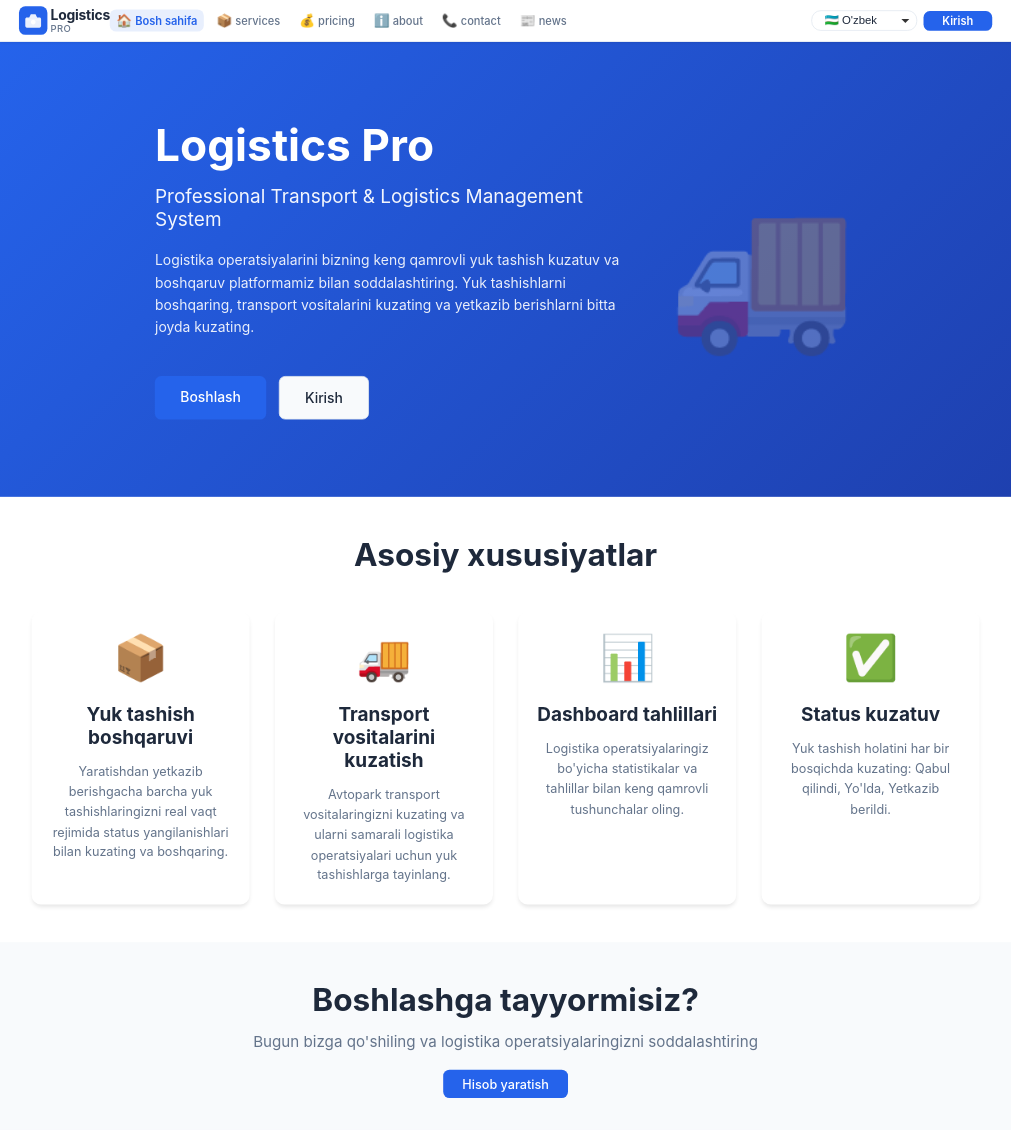
Repository: diyorbe-beep/logistik
Page: /
An editor plug-in stored every save of this project. The page is shown before and after the next save, followed by the edit.
The browser window is 1280 px wide. The pictures show the whole page, at 79% of full size.
The page's requests for data from a server got no answer. The project was rebuilt for these pictures with package versions that can differ from the ones it lists, and the page was loaded fresh each time. No one was signed in, and anything a server would have sent is missing. Also part of the build but not shown: vite.config.js, src/index.css, src/components/Login/Login.scss, src/components/Login/Login.jsx, src/components/Register/Register.scss, src/components/Register/Register.jsx, src/components/Dashboard/Dashboard.scss, src/components/Dashboard/Dashboard.jsx and 10 more.

Above is the page before, as saved 2025-12-27 10:50:48.

### index.html
<!doctype html>
<html lang="en">
  <head>
    <meta charset="UTF-8" />
    <link rel="icon" type="image/svg+xml" href="/vite.svg" />
    <meta name="viewport" content="width=device-width, initial-scale=1.0" />
    <title>logistik</title>
  </head>
  <body>
    <div id="root"></div>
    <script type="module" src="/src/main.jsx"></script>
  </body>
</html>

### src/main.jsx
import { StrictMode } from 'react'
import { createRoot } from 'react-dom/client'
import './index.css'
import App from './App.jsx'
import { LanguageProvider } from './contexts/LanguageContext'
import { UserProvider } from './contexts/UserContext'

createRoot(document.getElementById('root')).render(
  <StrictMode>
    <LanguageProvider>
      <UserProvider>
        <App />
      </UserProvider>
    </LanguageProvider>
  </StrictMode>,
)

### src/contexts/LanguageContext.jsx
import { createContext, useContext, useState, useEffect } from 'react';

const LanguageContext = createContext();

export const useLanguage = () => {
  const context = useContext(LanguageContext);
  if (!context) {
    throw new Error('useLanguage must be used within LanguageProvider');
  }
  return context;
};

export const LanguageProvider = ({ children }) => {
  const [language, setLanguage] = useState(() => {
    const saved = localStorage.getItem('language');
    return saved || 'uz';
  });

  useEffect(() => {
    localStorage.setItem('language', language);
  }, [language]);

  const changeLanguage = (lang) => {
    setLanguage(lang);
  };

  return (
    <LanguageContext.Provider value={{ language, changeLanguage }}>
      {children}
    </LanguageContext.Provider>
  );
};

### src/contexts/UserContext.jsx
import { createContext, useContext, useState, useEffect } from 'react';
import { API_URL } from '../config/api';

const UserContext = createContext();

export const useUser = () => {
  const context = useContext(UserContext);
  if (!context) {
    throw new Error('useUser must be used within UserProvider');
  }
  return context;
};

export const UserProvider = ({ children }) => {
  const [user, setUser] = useState(null);
  const [loading, setLoading] = useState(true);

  useEffect(() => {
    const token = localStorage.getItem('token');
    if (token) {
      fetchUserProfile();
    } else {
      setLoading(false);
    }
  }, []);

  const fetchUserProfile = async () => {
    try {
      const token = localStorage.getItem('token');
      const response = await fetch(`${API_URL}/api/profile`, {
        headers: {
          'Authorization': `Bearer ${token}`,
        },
      });

      if (response.ok) {
        const data = await response.json();
        setUser(data);
      }
    } catch (err) {
      console.error('Error fetching user profile:', err);
    } finally {
      setLoading(false);
    }
  };

  const updateUser = (userData) => {
    setUser(userData);
  };

  const logout = () => {
    localStorage.removeItem('token');
    setUser(null);
  };

  return (
    <UserContext.Provider value={{ user, loading, updateUser, logout, refetchUser: fetchUserProfile }}>
      {children}
    </UserContext.Provider>
  );
};

### src/components/Navbar/Navbar.jsx
import { Link, useLocation } from 'react-router-dom';
import { useState, useEffect } from 'react';
import { useTranslation } from '../../hooks/useTranslation';
import LanguageSwitcher from '../LanguageSwitcher/LanguageSwitcher';
import './Navbar.scss';

const Navbar = () => {
  const location = useLocation();
  const [isAuthenticated, setIsAuthenticated] = useState(false);
  const [menuOpen, setMenuOpen] = useState(false);
  const { t } = useTranslation();

  useEffect(() => {
    const token = localStorage.getItem('token');
    setIsAuthenticated(!!token);
  }, [location]);

  useEffect(() => {
    if (menuOpen) {
      document.body.style.overflow = 'hidden';
    } else {
      document.body.style.overflow = '';
    }
    return () => {
      document.body.style.overflow = '';
    };
  }, [menuOpen]);

  const toggleMenu = () => {
    setMenuOpen(!menuOpen);
  };

  const closeMenu = () => {
    setMenuOpen(false);
  };

  // Protected routes where navbar should be hidden
  const protectedRoutes = ['/dashboard', '/shipments', '/users', '/vehicles'];
  const isProtectedRoute = protectedRoutes.some(route =>
    location.pathname === route || location.pathname.startsWith(route + '/')
  );

  // Hide navbar only on protected routes when authenticated
  if (isAuthenticated && isProtectedRoute) {
    return null; // Don't show navbar when authenticated on protected routes (Layout has sidebar)
  }

  return (
    <>
      {menuOpen && <div className="navbar-overlay" onClick={closeMenu}></div>}
      <nav className="navbar">
        <div className="navbar-container">
          <Link to="/" className="navbar-logo" onClick={closeMenu}>
            <div className="logo-icon-wrapper">
              <svg className="logo-icon" viewBox="0 0 24 24" fill="none" xmlns="http://www.w3.org/2000/svg">
                <path d="M20 8H17L15 4H9L7 8H4C2.9 8 2 8.9 2 10V19C2 20.1 2.9 21 4 21H20C21.1 21 22 20.1 22 19V10C22 8.9 21.1 8 20 8Z" fill="currentColor" opacity="0.9"/>
                <path d="M12 17C13.6569 17 15 15.6569 15 14C15 12.3431 13.6569 11 12 11C10.3431 11 9 12.3431 9 14C9 15.6569 10.3431 17 12 17Z" fill="white"/>
                <rect x="3" y="10" width="18" height="2" fill="currentColor" opacity="0.3"/>
              </svg>
            </div>
            <div className="logo-text">
              <span className="logo-line1">Logistics</span>
              <span className="logo-line2">Pro</span>
            </div>
          </Link>
          <button className="navbar-toggle" onClick={toggleMenu} aria-label="Toggle menu">
            <span className={`hamburger ${menuOpen ? 'open' : ''}`}>
              <span></span>
              <span></span>
              <span></span>
            </span>
          </button>
          <div className={`navbar-menu ${menuOpen ? 'open' : ''}`}>
            <div className="navbar-links">
              <Link to="/" className={location.pathname === '/' ? 'active' : ''} onClick={closeMenu}>
                <span className="nav-icon">🏠</span>
                <span className="nav-text">{t('home')}</span>
              </Link>
              <Link to="/services" className={location.pathname === '/services' ? 'active' : ''} onClick={closeMenu}>
                <span className="nav-icon">📦</span>
                <span className="nav-text">{t('services')}</span>
              </Link>
              <Link to="/pricing" className={location.pathname === '/pricing' ? 'active' : ''} onClick={closeMenu}>
                <span className="nav-icon">💰</span>
                <span className="nav-text">{t('pricing')}</span>
              </Link>
              <Link to="/about" className={location.pathname === '/about' ? 'active' : ''} onClick={closeMenu}>
                <span className="nav-icon">ℹ️</span>
                <span className="nav-text">{t('about')}</span>
              </Link>
              <Link to="/contact" className={location.pathname === '/contact' ? 'active' : ''} onClick={closeMenu}>
                <span className="nav-icon">📞</span>
                <span className="nav-text">{t('contact')}</span>
              </Link>
              <Link to="/news" className={location.pathname === '/news' ? 'active' : ''} onClick={closeMenu}>
                <span className="nav-icon">📰</span>
                <span className="nav-text">{t('news')}</span>
              </Link>
            </div>
            <div className="navbar-actions">
              <LanguageSwitcher />
              {!isAuthenticated && (
                <Link to="/login" className={`btn-primary ${location.pathname === '/login' ? 'active' : ''}`} onClick={closeMenu}>
                  {t('login')}
                </Link>
              )}
              {isAuthenticated && (
                <>
                  <Link to="/dashboard" className="btn-primary" onClick={closeMenu}>
                    {t('dashboard')}
                  </Link>
                  <Link to="/profile" className={location.pathname === '/profile' ? 'active' : ''} onClick={closeMenu}>
                    {t('profile')}
                  </Link>
                </>
              )}
            </div>
          </div>
        </div>
      </nav>
    </>
  );
};

export default Navbar;

### src/components/Home/Home.jsx
import { Link } from 'react-router-dom';
import { useTranslation } from '../../hooks/useTranslation';
import './Home.scss';

const Home = () => {
  const { t } = useTranslation();

  return (
    <div className="home">
      <div className="hero-section">
        <div className="hero-content">
          <h1>{t('heroTitle')}</h1>
          <p className="hero-subtitle">{t('heroSubtitle')}</p>
          <p className="hero-description">
            {t('heroDescription')}
          </p>
          <div className="hero-buttons">
            <Link to="/register" className="btn-primary btn-large button">
              {t('getStarted')}
            </Link>
            <Link to="/login" className="btn-secondary btn-large">
              {t('login')}
            </Link>
          </div>
        </div>
        <div className="hero-image">
          <div className="hero-icon">🚚</div>
        </div>
      </div>

      <div className="features-section">
        <div className="container">
          <h2>{t('keyFeatures')}</h2>
          <div className="features-grid">
            <div className="feature-card">
              <div className="feature-icon">📦</div>
              <h3>{t('shipmentManagement')}</h3>
              <p>{t('shipmentManagementDesc')}</p>
            </div>
            <div className="feature-card">
              <div className="feature-icon">🚚</div>
              <h3>{t('vehicleTracking')}</h3>
              <p>{t('vehicleTrackingDesc')}</p>
            </div>
            <div className="feature-card">
              <div className="feature-icon">📊</div>
              <h3>{t('dashboardAnalytics')}</h3>
              <p>{t('dashboardAnalyticsDesc')}</p>
            </div>
            <div className="feature-card">
              <div className="feature-icon">✅</div>
              <h3>{t('statusTracking')}</h3>
              <p>{t('statusTrackingDesc')}</p>
            </div>
          </div>
        </div>
      </div>

      <div className="cta-section">
        <div className="container">
          <h2>{t('readyToStart')}</h2>
          <p>{t('joinToday')}</p>
          <Link to="/register" className="btn-primary btn-large">
            {t('createAccount')}
          </Link>
        </div>
      </div>
    </div>
  );
};

export default Home;

### src/App.scss
@import './styles/variables';
@import './styles/mixins';
@import './styles/base';

.loading {
  display: flex;
  justify-content: center;
  align-items: center;
  height: 100vh;
  font-size: 1.2rem;
  color: $text-secondary;
}

### src/components/LanguageSwitcher/LanguageSwitcher.jsx
import { useLanguage } from '../../contexts/LanguageContext';
import './LanguageSwitcher.scss';

const LanguageSwitcher = () => {
  const { language, changeLanguage } = useLanguage();

  const languages = [
    { code: 'uz', name: 'O\'zbek', flag: '🇺🇿' },
    { code: 'ru', name: 'Русский', flag: '🇷🇺' },
    { code: 'en', name: 'English', flag: '🇬🇧' },
  ];

  return (
    <div className="language-switcher">
      <select
        value={language}
        onChange={(e) => changeLanguage(e.target.value)}
        className="language-select"
      >
        {languages.map((lang) => (
          <option key={lang.code} value={lang.code}>
            {lang.flag} {lang.name}
          </option>
        ))}
      </select>
    </div>
  );
};

export default LanguageSwitcher;

### src/styles/_variables.scss
// Colors
$primary: #2563eb;
$primary-dark: #1e40af;
$primary-light: #3b82f6;
$secondary: #64748b;
$success: #10b981;
$warning: #f59e0b;
$danger: #ef4444;
$info: #06b6d4;

// Background colors
$bg-primary: #ffffff;
$bg-white: #ffffff;
$bg-secondary: #f8fafc;
$bg-dark: #1e293b;
$bg-sidebar: #0f172a;

// Text colors
$text-primary: #1e293b;
$text-secondary: #64748b;
$text-light: #94a3b8;
$text-white: #ffffff;

// Border colors
$border-color: #e2e8f0;
$border-dark: #334155;

// Spacing
$spacing-xs: 0.25rem;
$spacing-sm: 0.5rem;
$spacing-md: 1rem;
$spacing-lg: 1.5rem;
$spacing-xl: 2rem;
$spacing-2xl: 3rem;

// Border radius
$radius-sm: 0.25rem;
$radius-md: 0.5rem;
$radius-lg: 0.75rem;
$radius-xl: 1rem;
$radius-full: 9999px;

// Shadows
$shadow-sm: 0 1px 2px 0 rgba(0, 0, 0, 0.05);
$shadow-md: 0 4px 6px -1px rgba(0, 0, 0, 0.1);
$shadow-lg: 0 10px 15px -3px rgba(0, 0, 0, 0.1);
$shadow-xl: 0 20px 25px -5px rgba(0, 0, 0, 0.1);

// Breakpoints
$breakpoint-sm: 640px;
$breakpoint-md: 768px;
$breakpoint-lg: 1024px;
$breakpoint-xl: 1280px;

### src/styles/_mixins.scss
@import './animations';

@mixin flex-center {
  display: flex;
  align-items: center;
  justify-content: center;
}

@mixin flex-between {
  display: flex;
  align-items: center;
  justify-content: space-between;
}

@mixin card {
  background: $bg-primary;
  border-radius: $radius-lg;
  box-shadow: $shadow-md;
  padding: $spacing-lg;
  @include smooth-transition(all, 0.3s, cubic-bezier(0.4, 0, 0.2, 1));
  @include fade-in-up(0.4s);

  &:hover {
    box-shadow: 0 12px 24px -8px rgba(0, 0, 0, 0.12);
    transform: translateY(-2px);
  }
}

@mixin button-primary {
  background: $primary;
  color: $text-white;
  border: none;
  padding: $spacing-sm $spacing-lg;
  border-radius: $radius-md;
  font-weight: 500;
  cursor: pointer;
  position: relative;
  overflow: hidden;
  @include smooth-transition(all, 0.3s, cubic-bezier(0.4, 0, 0.2, 1));

  &::before {
    content: '';
    position: absolute;
    top: 50%;
    left: 50%;
    width: 0;
    height: 0;
    border-radius: 50%;
    background: rgba(255, 255, 255, 0.2);
    transform: translate(-50%, -50%);
    transition: width 0.6s cubic-bezier(0.4, 0, 0.2, 1),
                height 0.6s cubic-bezier(0.4, 0, 0.2, 1);
  }

  &:hover {
    background: $primary-dark;
    transform: translateY(-2px) scale(1.02);
    box-shadow: 0 8px 16px -4px rgba(37, 99, 235, 0.4);
  }

  &:active {
    transform: translateY(0) scale(0.98);

    &::before {
      width: 300px;
      height: 300px;
    }
  }

  &:disabled {
    opacity: 0.6;
    cursor: not-allowed;
    transform: none;
  }
}

@mixin button-secondary {
  background: $bg-secondary;
  color: $text-primary;
  border: 1px solid $border-color;
  padding: $spacing-sm $spacing-lg;
  border-radius: $radius-md;
  font-weight: 500;
  cursor: pointer;
  transition: all 0.2s;

  &:hover {
    background: $border-color;
  }
}

@mixin input {
  width: 100%;
  padding: $spacing-sm $spacing-md;
  border: 1px solid $border-color;
  border-radius: $radius-md;
  font-size: 1rem;
  transition: all 0.2s;

  &:focus {
    outline: none;
    border-color: $primary;
    box-shadow: 0 0 0 3px rgba(37, 99, 235, 0.1);
  }
}

@mixin responsive($breakpoint) {
  @if $breakpoint == sm {
    @media (max-width: $breakpoint-sm) {
      @content;
    }
  }
  @if $breakpoint == md {
    @media (max-width: $breakpoint-md) {
      @content;
    }
  }
  @if $breakpoint == lg {
    @media (max-width: $breakpoint-lg) {
      @content;
    }
  }
  @if $breakpoint == xl {
    @media (max-width: $breakpoint-xl) {
      @content;
    }
  }
}

### src/styles/_base.scss
* {
  margin: 0;
  padding: 0;
  box-sizing: border-box;
}

a {
  text-decoration: none;
  color: inherit;
}

body {
  font-family: -apple-system, BlinkMacSystemFont, 'Segoe UI', 'Roboto', 'Oxygen',
    'Ubuntu', 'Cantarell', 'Fira Sans', 'Droid Sans', 'Helvetica Neue',
    sans-serif;
  -webkit-font-smoothing: antialiased;
  -moz-osx-font-smoothing: grayscale;
  background: $bg-secondary;
  color: $text-primary;
}

code {
  font-family: source-code-pro, Menlo, Monaco, Consolas, 'Courier New',
    monospace;
}

.btn-primary {
  @include button-primary;
}

.btn-secondary {
  @include button-secondary;
}

.btn-edit {
  @include button-secondary;
  padding: $spacing-xs $spacing-md;
  font-size: 0.875rem;
  margin-right: $spacing-sm;
}

.btn-delete {
  background: $danger;
  color: $text-white;
  border: none;
  padding: $spacing-xs $spacing-md;
  border-radius: $radius-md;
  font-size: 0.875rem;
  font-weight: 500;
  cursor: pointer;
  position: relative;
  overflow: hidden;
  @include smooth-transition(all, 0.3s, cubic-bezier(0.4, 0, 0.2, 1));

  &:hover {
    background: darken($danger, 10%);
    transform: translateY(-2px) scale(1.05);
    box-shadow: 0 4px 12px rgba(239, 68, 68, 0.4);
  }

  &:active {
    transform: translateY(0) scale(0.98);
  }
}

.error-message {
  background: #fee2e2;
  color: $danger;
  padding: $spacing-md;
  border-radius: $radius-md;
  margin-bottom: $spacing-lg;
  border: 1px solid #fecaca;
  @include shake(0.5s);
  @include fade-in-up(0.4s);
  animation: shake 0.5s, fadeInUp 0.4s;
}

### src/components/LanguageSwitcher/LanguageSwitcher.scss
@import '../../styles/variables';
@import '../../styles/mixins';

.language-switcher {
  position: relative;
  display: flex;
  align-items: center;

  .language-select {
    padding: $spacing-xs $spacing-md;
    padding-right: 2.5rem;
    border: 1px solid $border-color;
    border-radius: $radius-lg;
    background: $bg-primary;
    color: $text-primary;
    font-size: 0.9rem;
    font-weight: 500;
    cursor: pointer;
    @include smooth-transition(all, 0.3s);
    appearance: none;
    background-image: url("data:[embedded picture, 158 characters]");
    background-repeat: no-repeat;
    background-position: right $spacing-sm center;
    background-size: 12px;

    &:hover {
      border-color: $primary;
      background-color: rgba(37, 99, 235, 0.05);
    }

    &:focus {
      outline: none;
      border-color: $primary;
      box-shadow: 0 0 0 3px rgba(37, 99, 235, 0.1);
    }
  }

}

Loaded but not shown: src/translations/translations.js (440 lines, source omitted); src/hooks/useTranslation.js (12 lines, source omitted); src/config/api.js (8 lines, source omitted); src/components/Navbar/Navbar.scss (325 lines, source omitted); src/styles/_animations.scss (231 lines, source omitted); src/App.jsx (149 lines, source omitted); src/components/Home/Home.scss (198 lines, source omitted)

After the next save:
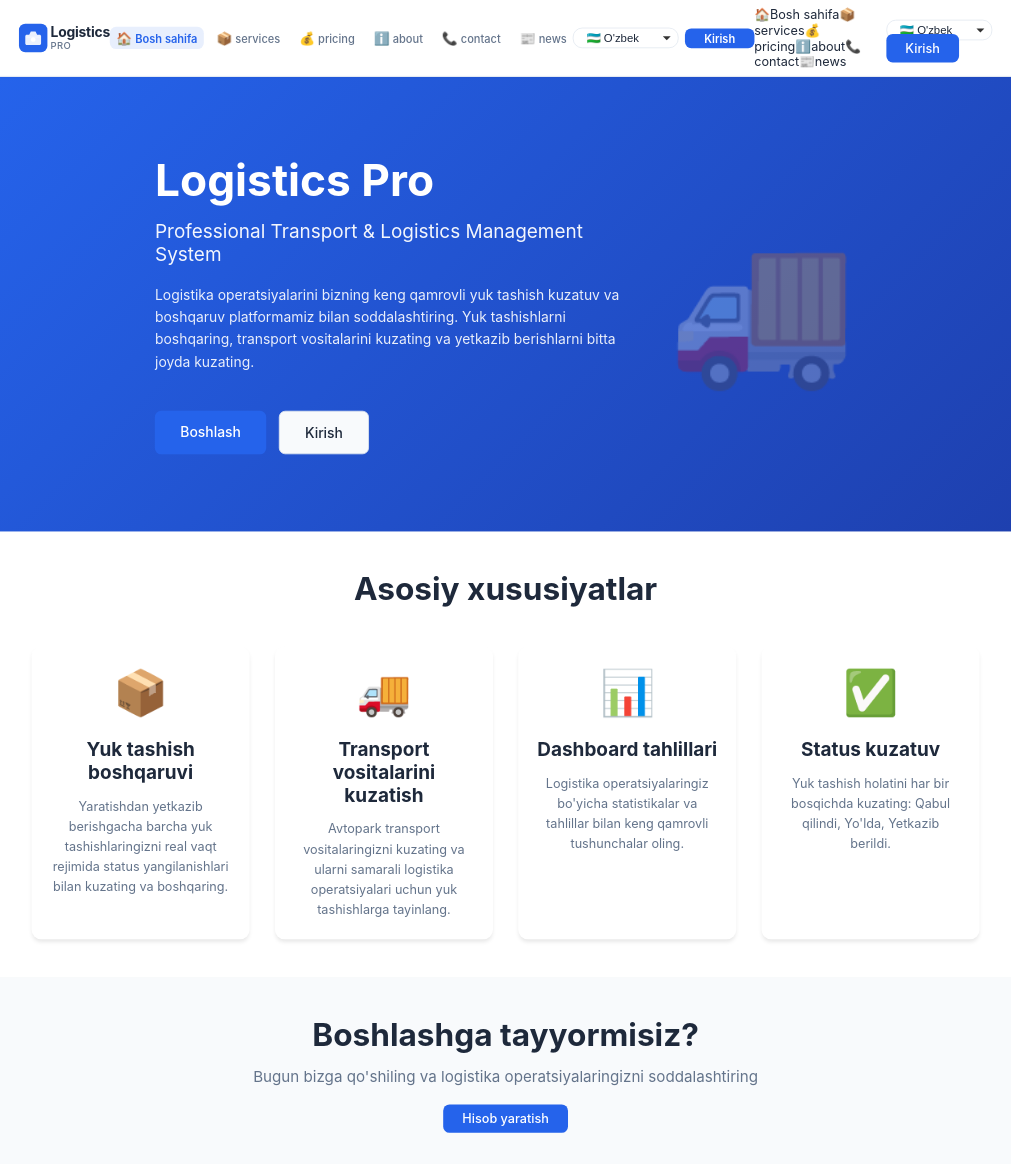
Saved 3 min 16 s later.
--- a/src/components/Navbar/Navbar.jsx
+++ b/src/components/Navbar/Navbar.jsx
@@ -63,6 +63,50 @@ const Navbar = () => {
               <span className="logo-line2">Pro</span>
             </div>
           </Link>
+          <div className="navbar-links">
+            <Link to="/" className={location.pathname === '/' ? 'active' : ''} onClick={closeMenu}>
+              <span className="nav-icon">🏠</span>
+              <span className="nav-text">{t('home')}</span>
+            </Link>
+            <Link to="/services" className={location.pathname === '/services' ? 'active' : ''} onClick={closeMenu}>
+              <span className="nav-icon">📦</span>
+              <span className="nav-text">{t('services')}</span>
+            </Link>
+            <Link to="/pricing" className={location.pathname === '/pricing' ? 'active' : ''} onClick={closeMenu}>
+              <span className="nav-icon">💰</span>
+              <span className="nav-text">{t('pricing')}</span>
+            </Link>
+            <Link to="/about" className={location.pathname === '/about' ? 'active' : ''} onClick={closeMenu}>
+              <span className="nav-icon">ℹ️</span>
+              <span className="nav-text">{t('about')}</span>
+            </Link>
+            <Link to="/contact" className={location.pathname === '/contact' ? 'active' : ''} onClick={closeMenu}>
+              <span className="nav-icon">📞</span>
+              <span className="nav-text">{t('contact')}</span>
+            </Link>
+            <Link to="/news" className={location.pathname === '/news' ? 'active' : ''} onClick={closeMenu}>
+              <span className="nav-icon">📰</span>
+              <span className="nav-text">{t('news')}</span>
+            </Link>
+          </div>
+          <div className="navbar-actions">
+            <LanguageSwitcher />
+            {!isAuthenticated && (
+              <Link to="/login" className={`btn-primary ${location.pathname === '/login' ? 'active' : ''}`} onClick={closeMenu}>
+                {t('login')}
+              </Link>
+            )}
+            {isAuthenticated && (
+              <>
+                <Link to="/dashboard" className="btn-primary" onClick={closeMenu}>
+                  {t('dashboard')}
+                </Link>
+                <Link to="/profile" className={location.pathname === '/profile' ? 'active' : ''} onClick={closeMenu}>
+                  {t('profile')}
+                </Link>
+              </>
+            )}
+          </div>
           <button className="navbar-toggle" onClick={toggleMenu} aria-label="Toggle menu">
             <span className={`hamburger ${menuOpen ? 'open' : ''}`}>
               <span></span>
@@ -71,7 +115,7 @@ const Navbar = () => {
             </span>
           </button>
           <div className={`navbar-menu ${menuOpen ? 'open' : ''}`}>
-            <div className="navbar-links">
+            <div className="navbar-links-mobile">
               <Link to="/" className={location.pathname === '/' ? 'active' : ''} onClick={closeMenu}>
                 <span className="nav-icon">🏠</span>
                 <span className="nav-text">{t('home')}</span>
@@ -97,7 +141,7 @@ const Navbar = () => {
                 <span className="nav-text">{t('news')}</span>
               </Link>
             </div>
-            <div className="navbar-actions">
+            <div className="navbar-actions-mobile">
               <LanguageSwitcher />
               {!isAuthenticated && (
                 <Link to="/login" className={`btn-primary ${location.pathname === '/login' ? 'active' : ''}`} onClick={closeMenu}>
